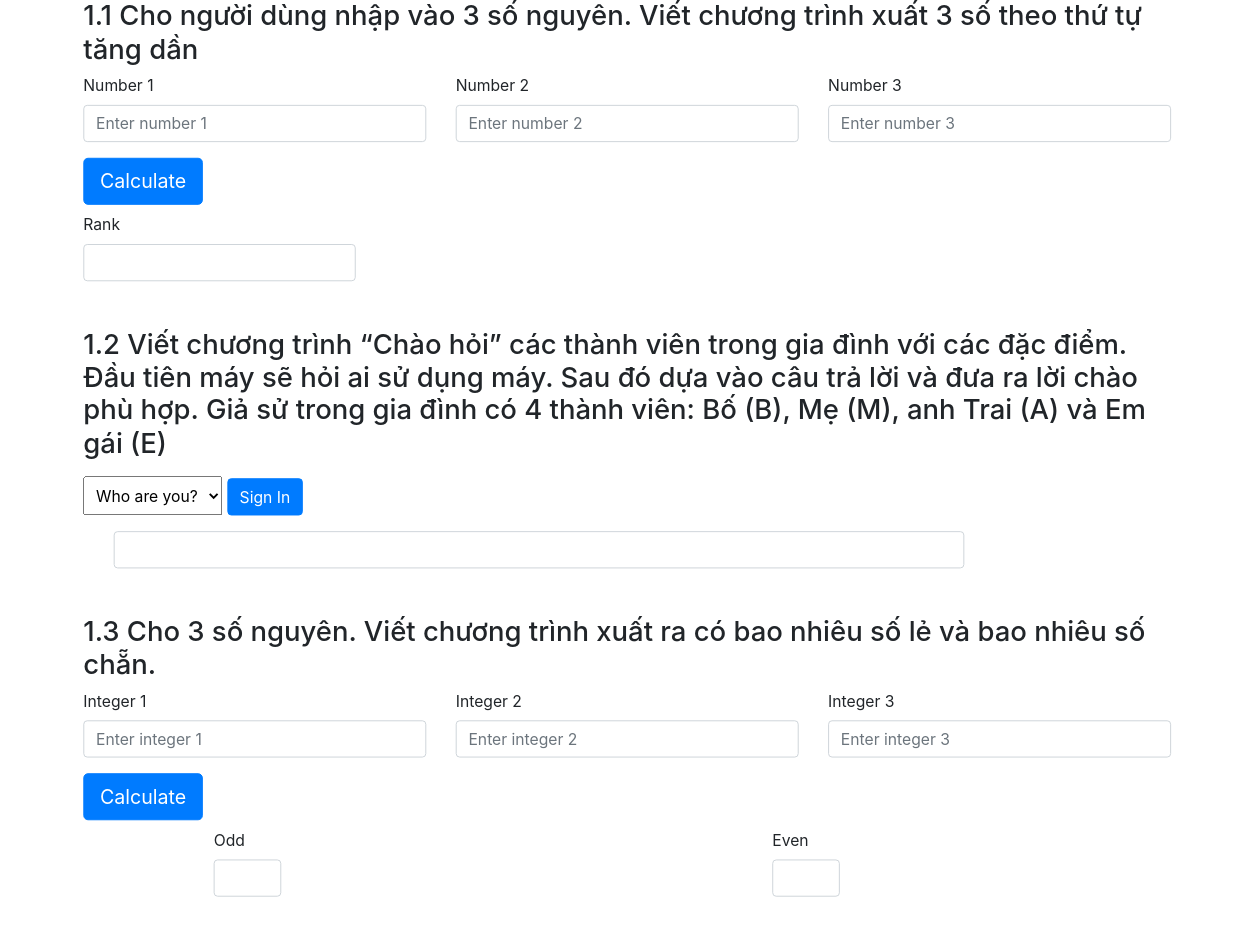
Repository: baobaodeveloper/bootscamp21__jsbasic__HuynhAnhBao
Page: index.html
The author's editor kept a copy of each file at every save. The page is drawn from the files as they stood at one save, then again after the next save.
The browser window is 1280 px wide. The pictures show the whole page, at 98% of full size.

Above is the page before, as saved 2022-03-10 18:58:58.

### index.html
<!DOCTYPE html>
<html lang="en">
  <head>
    <title>javaScript basic</title>
    <!-- Required meta tags -->
    <meta charset="utf-8" />
    <meta
      name="viewport"
      content="width=device-width, initial-scale=1, shrink-to-fit=no"
    />

    <!-- Bootstrap CSS -->
    <link
      rel="stylesheet"
      href="https://stackpath.bootstrapcdn.com/bootstrap/4.3.1/css/bootstrap.min.css"
      integrity="sha384-ggOyR0iXCbMQv3Xipma34MD+dH/1fQ784/j6cY/iJTQUOhcWr7x9JvoRxT2MZw1T"
      crossorigin="anonymous"
    />
  </head>
  <body>
    <!-- Cho người dùng nhập vào 3 số nguyên. Viết chương trình xuất 3 số theo thứ tự tăng dần -->
    <div class="container mb-xl-5">
      <h3>
        1.1 Cho người dùng nhập vào 3 số nguyên. Viết chương trình xuất 3 số
        theo thứ tự tăng dần
      </h3>

      <div class="row">
        <div class="col">
          <label class="form-label">Number 1</label>
          <input
            type="text"
            class="form-control num1"
            placeholder="Enter number 1"
          />
        </div>
        <div class="col">
          <label class="form-label">Number 2</label>
          <input
            type="number"
            class="form-control num2"
            placeholder="Enter number 2"
          />
        </div>
        <div class="col">
          <label class="form-label">Number 3</label>
          <input
            type="number"
            class="form-control num3"
            placeholder="Enter number 3"
          />
        </div>
      </div>

      <button type="button " class="btn btn-primary btn-lg mt-3 mb-2 btn-rank">
        Calculate
      </button>

      <div class="mt-3 m-auto">
        <label class="form-label">Rank</label>
        <input type="text" class="form-control w-25 result1" />
      </div>
    </div>

    <!-- Viết chương trình “Chào hỏi” các thành viên trong gia đình với các đặc điểm. Đầu tiên máy
    sẽ hỏi ai sử dụng máy. Sau đó dựa vào câu trả lời và đưa ra lời chào phù hợp. Giả sử trong
    gia đình có 4 thành viên: Bố (B), Mẹ (M), anh Trai (A) và Em gái (E) -->
    <div class="container mb-5">
      <h3 class="mb-3">
        1.2 Viết chương trình “Chào hỏi” các thành viên trong gia đình với các
        đặc điểm. Đầu tiên máy sẽ hỏi ai sử dụng máy. Sau đó dựa vào câu trả lời
        và đưa ra lời chào phù hợp. Giả sử trong gia đình có 4 thành viên: Bố
        (B), Mẹ (M), anh Trai (A) và Em gái (E)
      </h3>

      <select class="form-select p-2" aria-label="Default select example">
        <option selected>Who are you?</option>
        <option value="M">M</option>
        <option value="B">B</option>
        <option value="A">A</option>
        <option value="E">E</option>
      </select>

      <button type="button" class="btn btn-primary btn-sign-in">Sign In</button>

      <div class="m-3 row">
        <div class="col-sm-10">
          <input
            type="text"
            class="form-control output-sign-in"
            id="inputPassword"
          />
        </div>
      </div>
    </div>

    <!--  1.3 Cho 3 số nguyên. Viết chương trình xuất ra có bao nhiêu số lẻ và bao nhiêu số chẵn.-->
    <div class="container mb-xl-5">
      <h3>
        1.3 Cho 3 số nguyên. Viết chương trình xuất ra có bao nhiêu số lẻ và bao
        nhiêu số chẵn.
      </h3>

      <div class="row">
        <div class="col">
          <label class="form-label">Integer 1</label>
          <input
            type="text"
            class="form-control integer1"
            placeholder="Enter integer 1"
          />
        </div>
        <div class="col">
          <label class="form-label">Integer 2</label>
          <input
            type="number"
            class="form-control integer2"
            placeholder="Enter integer 2"
          />
        </div>
        <div class="col">
          <label class="form-label">Integer 3</label>
          <input
            type="number"
            class="form-control integer3"
            placeholder="Enter integer 3"
          />
        </div>
      </div>

      <button
        type="button "
        class="btn btn-primary btn-lg mt-3 mb-2 btn-integer"
      >
        Calculate
      </button>
      <div class="row">
        <div class="mt-3 m-auto">
          <label class="form-label">Odd</label>
          <input type="text" class="form-control w-25 outputOdd" />
        </div>
        <div class="mt-3 m-auto">
          <label class="form-label">Even</label>
          <input type="text" class="form-control w-25 outputEven" />
        </div>
      </div>
    </div>

    <!-- Optional JavaScript -->
    <!-- jQuery first, then Popper.js, then Bootstrap JS -->
    <script
      src="https://code.jquery.com/jquery-3.3.1.slim.min.js"
      integrity="sha384-q8i/X+965DzO0rT7abK41JStQIAqVgRVzpbzo5smXKp4YfRvH+8abtTE1Pi6jizo"
      crossorigin="anonymous"
    ></script>
    <script
      src="https://cdnjs.cloudflare.com/ajax/libs/popper.js/1.14.7/umd/popper.min.js"
      integrity="sha384-UO2eT0CpHqdSJQ6hJty5KVphtPhzWj9WO1clHTMGa3JDZwrnQq4sF86dIHNDz0W1"
      crossorigin="anonymous"
    ></script>
    <script
      src="https://stackpath.bootstrapcdn.com/bootstrap/4.3.1/js/bootstrap.min.js"
      integrity="sha384-JjSmVgyd0p3pXB1rRibZUAYoIIy6OrQ6VrjIEaFf/nJGzIxFDsf4x0xIM+B07jRM"
      crossorigin="anonymous"
    ></script>

    <!-- <script src="exercise1.js"></script> -->
    <!-- <script src="exercise2.js"></script> -->
    <script src="exercise3.js"></script>
  </body>
</html>

### exercise3.js
const interger1 = document.querySelector(".integer1");
const interger2 = document.querySelector(".integer2");
const interger3 = document.querySelector(".integer3");
const btnInteger = document.querySelector(".btn-integer");
const outputOdd = document.querySelector(".outputOdd");
const outputEven = document.querySelector(".outputEven");
btnInteger.addEventListener("click", () => {
  let odd = 0;
  let even = 0;

  odd = +interger1.value % 2 === 0 ? even++ : odd++;
  odd = +interger2.value % 2 === 0 ? even++ : odd++;
  odd = +interger3.value % 2 === 0 ? even++ : odd++;

  outputOdd.value = odd;
  outputEven.value = even;
});

After the next save:
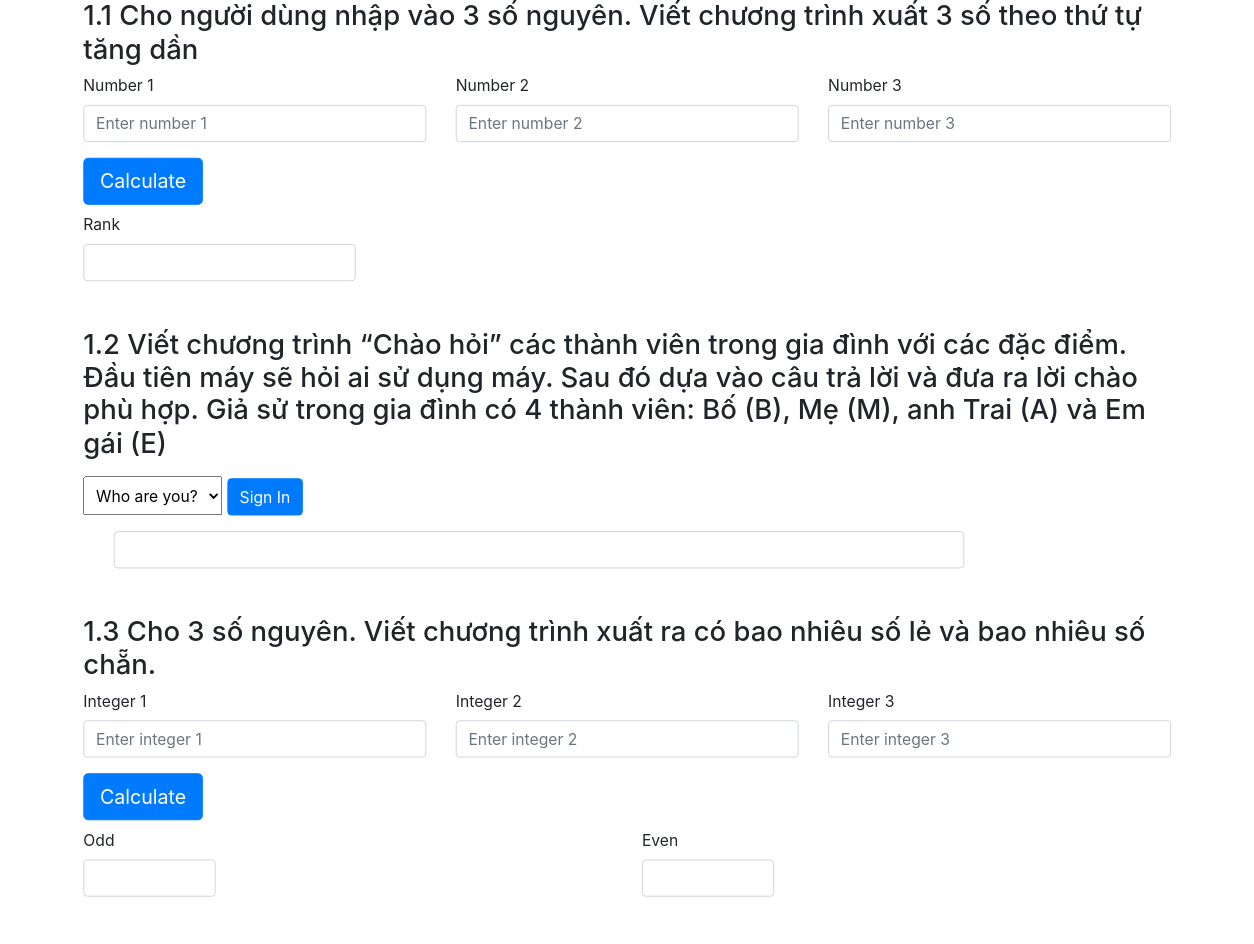
Saved 10 s later.
--- a/index.html
+++ b/index.html
@@ -135,11 +135,11 @@
         Calculate
       </button>
       <div class="row">
-        <div class="mt-3 m-auto">
+        <div class="mt-3 m-auto col">
           <label class="form-label">Odd</label>
           <input type="text" class="form-control w-25 outputOdd" />
         </div>
-        <div class="mt-3 m-auto">
+        <div class="mt-3 m-auto col">
           <label class="form-label">Even</label>
           <input type="text" class="form-control w-25 outputEven" />
         </div>
